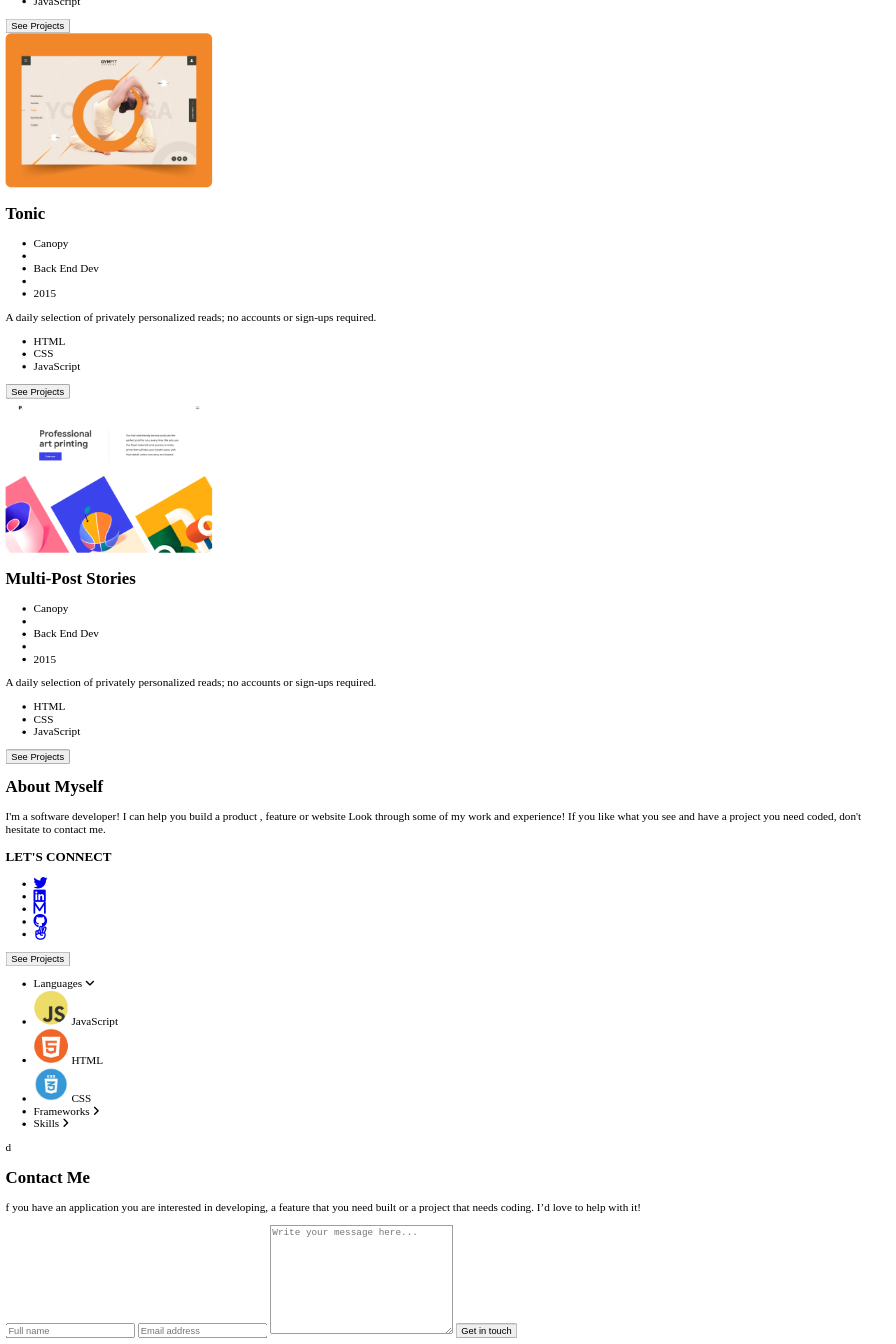
Repository: Paulinelali/microverse-personal-portfolio
Page: index.html
An editor plug-in stored every save of this project. The page is shown before and after a run of saves, followed by the edit.
The browser window is 1280 px wide. The pictures show the part of the page from y = 1321 to 3241 px (the page is 3241 px tall before and 3207 px after), at 70% of full size.
Some web libraries are served in a nearby version.

Above is the page before, as saved 2023-05-02 13:17:33.

After the next 3 saves:
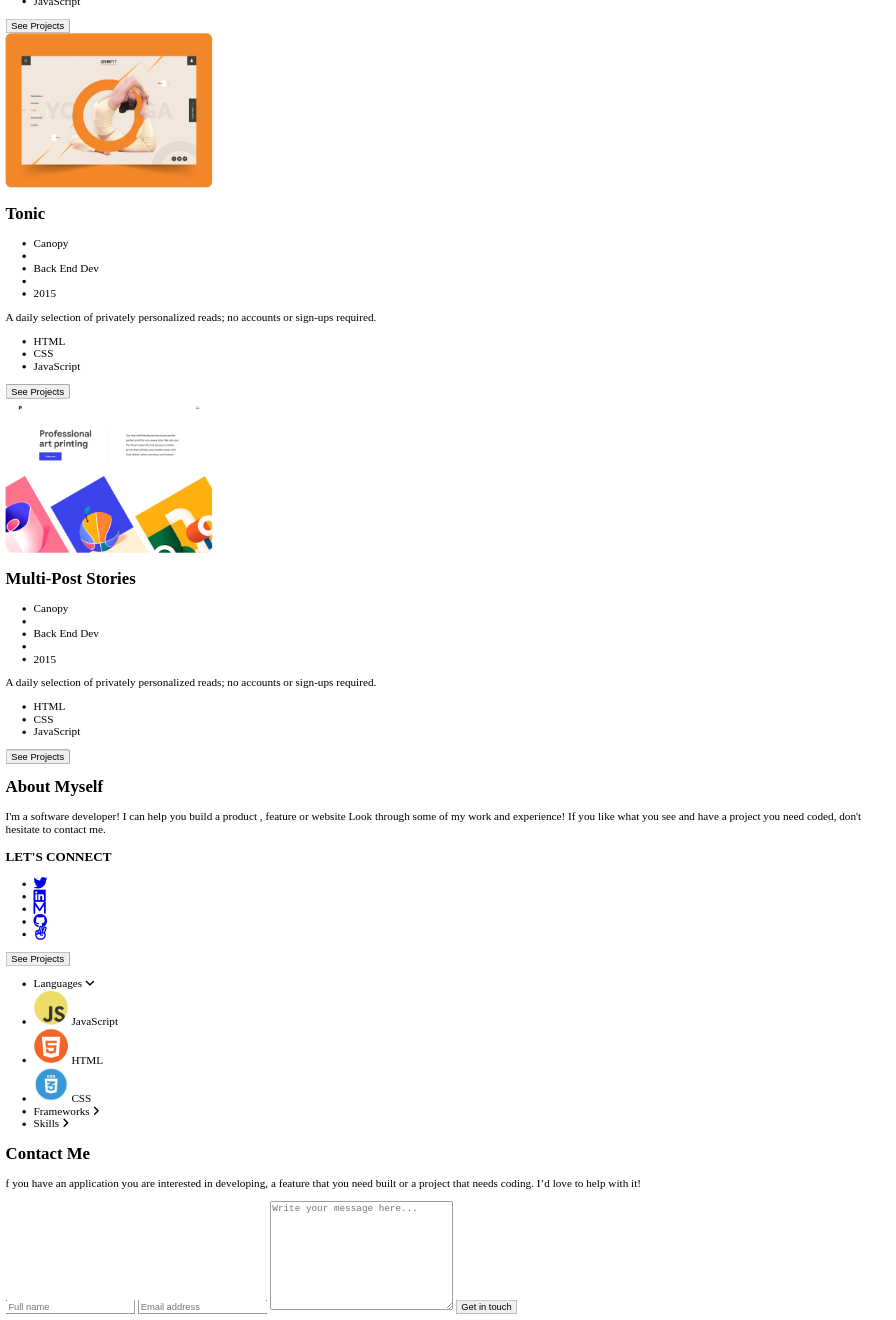
The 3 saves are shown as one change because they came seconds apart.
The last was saved 16 s later.
--- a/index.html
+++ b/index.html
@@ -179,7 +179,7 @@
         </div>
     </section>
     <section class="contact-form">
-        d
+        <div>
         <h2>Contact Me</h2>
         <p>f you have an application you are interested in
          developing, a feature that you need built or a project that needs coding. I’d love to help with it!</p>
